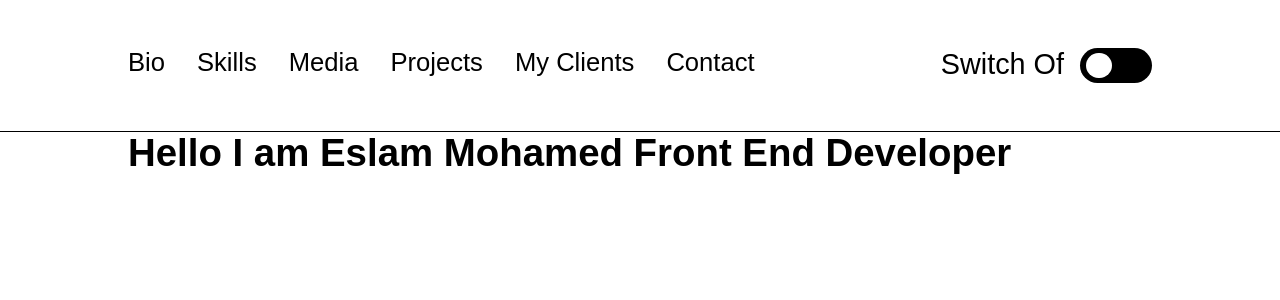
Repository: Eslam0Mohamed/portfolio
Page: index.html
An editor plug-in stored every save of this project. The page is shown before and after the next save, followed by the edit.
The browser window is 1280 px wide. The pictures show the whole page.

Above is the page before, as saved 2024-07-13 23:20:48.

After the next save:
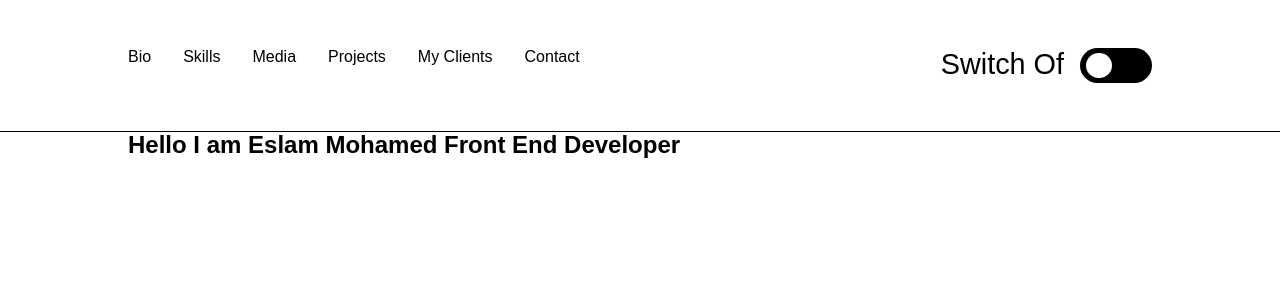
Saved 119 s later.
--- a/css/style.css
+++ b/css/style.css
@@ -58,7 +58,7 @@ ol {
 }
 
 body {
-    font-size: 1.6rem;
+    font-size: 16px;
     font-family: var(--font-family-raleway);
     background-color: var(--color-background);
     color: var(--color-text);
